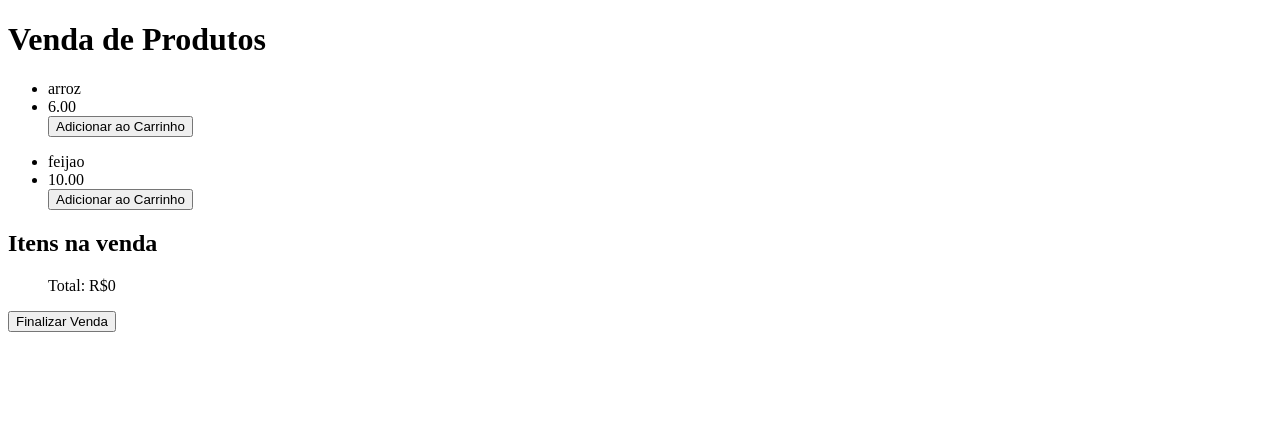
Repository: joaobatistafrontend/test-venda
Page: http://localhost/
The author's editor kept a copy of each file at every save. The page is drawn from the files as they stood at one save, then again after a run of saves.
The browser window is 1280 px wide. The pictures show the whole page.
The page is served by the project's application, run on Django 4.2 (manage.py). The page reads the database file committed with the project. Queries for data that is not in the repository find no rows.

Above is the page before, as saved 2024-09-28 17:23:33.

After the next 3 saves:
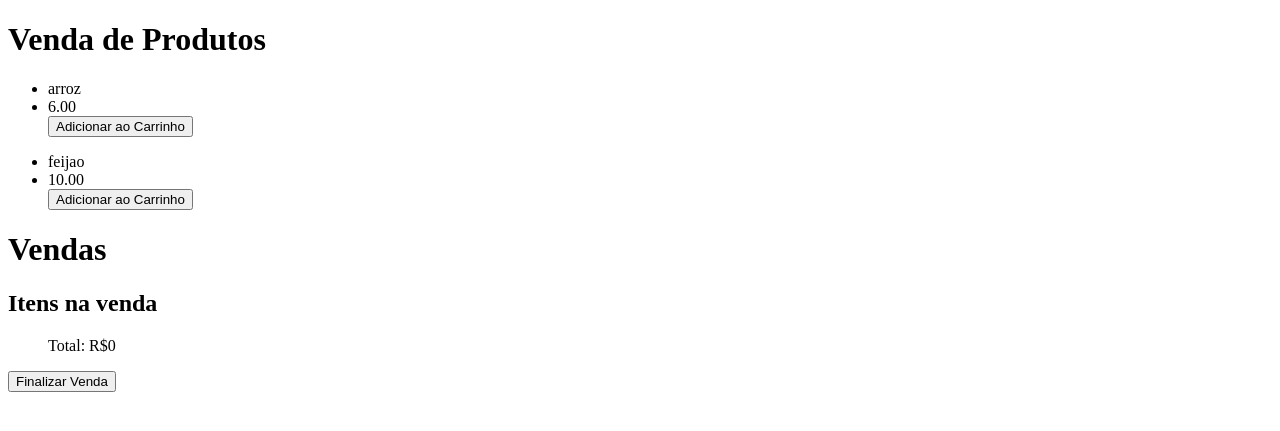
The 3 saves are shown as one change because they came seconds apart.
The last was saved 36 s later.
--- a/templates/venda.html
+++ b/templates/venda.html
@@ -22,6 +22,8 @@
             </form>
         </ul>
     {% endfor %}
+    <h1>Vendas</h1>
+
     {% for v in vendas %}
         <ul>
             <li>{{ v.numero_venda }}</li>
